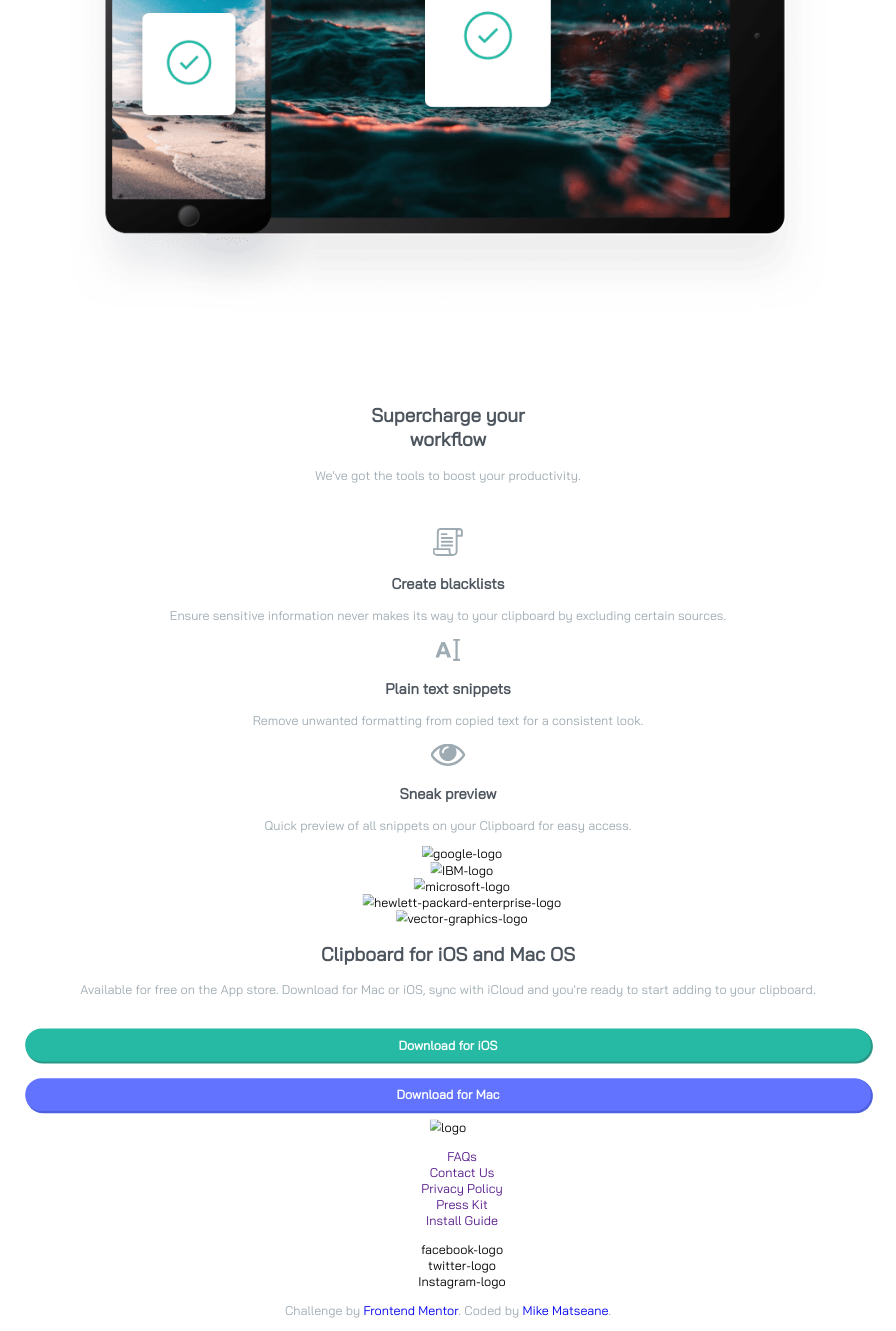
Repository: mikempho/Clipboard-landing-page
Page: index.html
An editor plug-in stored every save of this project. The page is shown before and after the next save, followed by the edit.
The browser window is 1280 px wide. The pictures show the part of the page from y = 2695 to 4615 px (the page is 4597 px tall before and 4615 px after), at 70% of full size.

Above is the page before, as saved 2022-04-11 11:42:04.

### index.html
<!DOCTYPE html>
<html lang="en">
  <head>
    <meta charset="UTF-8">
    <meta name="viewport" content="width=device-width, initial-scale=1.0"> <!-- displays site properly based on user's device -->

    <link rel="icon" type="image/png" sizes="32x32" href="./images/favicon-32x32.png">
    <link rel="stylesheet" href="/css/style.css">

    <title>Frontend Mentor | Clipboard landing page</title>

  </head>
  <body>
    <header class="header">
      <img class="logo" src="/images/logo.svg" alt="">
    </header>
    <main>
      <section class="hero">
        <h1>A history of <br> everything you copy</h1>
        <p>Clipboard allows you to track and organize everything you copy, instantly access your clipboard on all your devices.</p>
        <div class="buttons">
          <a class="iOS-btn" href="#">Download for iOS</a>
          <a class="mac-btn" href="#">Download for Mac</a>
        </div>
      </section>
      <section class="section-1">
        <h2>Keep track of your <br> snippets</h2>
        <p>Clipboard instantly stores any item you copy in the cloud, meaning you can access your snippets immediately on all your devices. Our Mac and IOS apps will help you organize everything.</p>
        <div class="features">
          <img class="feature-img" src="/images/image-computer.png" alt="desktop-screen">
          <ul class="list-of-features">
            <li>
              <h3>Quick Search</h3>
              <p>Easily search your snippets by content, category, web address, application, and more.</p>
            </li>
            <li>
              <h3>iCloud Sync</h3>
              <p>Instantly saves and syncs snippets across all your devices</p>
            </li>
            <li>
              <h3>Complete History</h3>
              <p>Retrieve any snippets from the first moment you started using the app.</p>
            </li>
          </ul>
        </div>
      </section>
      <section class="section-2">
        <h2>Access Clipboard <br>Anywhere</h2>
        <p>whether you're on the go, or at your computer, you can access all your Clipboard snippets in a few simple clicks.</p>
        <img class="mobile-tablet-screen" src="/images/image-devices.png" alt="mobile-tablet-screen">
      </section>
      <section class="section-3">
        <h2>Supercharge your <br> workflow</h2>
        <p>We've got the tools to boost your productivity.</p>
        <div>
          <ul class="list-of-features">
            <li>
              <img class="feature-icons" src="/images/icon-blacklist.svg" alt="paper-img">
              <h3>Create blacklists</h3>
              <p>Ensure sensitive information never makes its way to your clipboard by excluding certain sources.</p>
            </li>
            <li>
              <img class="feature-icons" src="/images/icon-text.svg" alt="AI-logo-img">
              <h3>Plain text snippets</h3>
              <p>Remove unwanted formatting from copied text for a consistent look.</p>
            </li>
            <li>
              <img class="feature-icons" src="/images/icon-preview.svg" alt="eye-img">
              <h3>Sneak preview</h3>
              <p>Quick preview of all snippets on your Clipboard for easy access.</p>
            </li>
          </ul>
        </div>
      </section>
      <section class="section-4">
        <ul class="company-logos">
          <li><img src="" alt="google-logo"></li>
          <li><img src="" alt="IBM-logo"></li>
          <li><img src="" alt="microsoft-logo"></li>
          <li><img src="" alt="hewlett-packard-enterprise-logo"></li>
          <li><img src="" alt="vector-graphics-logo"></li>
        </ul>
      </section>
      <section class="section-5">
        <h2>Clipboard for iOS and Mac OS</h2>
        <p>Available for free on the App store. Download for Mac or iOS, sync with iCloud and you're ready to start adding to your clipboard.</p>
        <div class="buttons">
          <a class="iOS-btn" href="">Download for iOS</a>
          <a class="mac-btn" href="">Download for Mac</a>
        </div>
      </section>
    </main>

    <footer>
      <div class="footer">
        <img src="" alt="logo">
        <ul class="footer-menu">
          <li><a href="">FAQs</a></li>
          <li><a href="">Contact Us</a></li>
          <li><a href="">Privacy Policy</a></li>
          <li><a href="">Press Kit</a></li>
          <li><a href="">Install Guide</a></li>
        </ul>
        <ul class="social-links">
          <li><a href=""></a>facebook-logo</li>
          <li><a href=""></a>twitter-logo</li>
          <li><a href=""></a>Instagram-logo</li>
        </ul>
      </div>
      <p class="attribution">
        Challenge by <a href="https://www.frontendmentor.io?ref=challenge" target="_blank">Frontend Mentor</a>.
        Coded by <a href="#">Mike Matseane</a>.
      </p>
    </footer>
  </body>
</html>

### css/style.css
/* Universal styling */
body {
    margin: 0;
    padding: 0;
    text-align: center;
    Font-size: 18px;
    font-family: Bai-Jamjuree;
}

* {
    list-style: none;
    text-decoration: none;
}

:root {
    /* Primary colors */
    --Strong-Cyan: hsl(171, 66%, 44%);
    --Light-Blue: hsl(233, 100%, 69%);
    /* Neutral colors */
    --Dark-Grayish-Blue: hsl(210, 10%, 33%);
    --Grayish-Blue: hsl(201, 11%, 66%);
    /* Spacing */
    --container-padding: 4%;
}

@font-face {
    font-family: Bai-Jamjuree;
    src: url(/Assets/Fonts/Bai_Jamjuree/BaiJamjuree-Regular.ttf);
}

h1, h2, h3{
    color: var(--Dark-Grayish-Blue);
}

p {
    color: var(--Grayish-Blue);
}

/* header section */

.header {
    background-image: url(/images/bg-header-mobile.png);
    background-repeat: no-repeat;
    background-size: cover;
}

.logo {
    margin: 8rem 0 5rem 0;
}

/* hero section */
.hero {
    padding-left: var(--container-padding);
    padding-right: var(--container-padding);
    margin-bottom: 8rem;
}

.buttons{
    margin-top: 2rem;
}
.buttons a {
    display: inline-block;
    padding: 12px 15px;
    width: 92%;
    margin: 12px 0;
    color: white;
    border-radius: 50px;
    font-weight: 600;
}

.iOS-btn {
    background-color: var(--Strong-Cyan);
    box-shadow: 2px 2px 0px 1px rgba(17, 140, 122, 0.9);

}

.mac-btn {
    background-color: var(--Light-Blue);
    box-shadow: 2px 2px 0px 1px rgba(37, 58, 216, 0.81);

}

/* Section-1 */

.section-1 {
    padding-left: var(--container-padding);
    padding-right: var(--container-padding);
    margin-bottom: 8rem;
}

.feature-img, .mobile-tablet-screen {
    margin-top: 60px;
    width: 92%;
}

.list-of-features {
    margin-top: 60px;
    padding: 0% 2%;
}

/* Section-2 */

.section-2 {
    padding-left: var(--container-padding);
    padding-right: var(--container-padding);
    margin-bottom: 8rem;
}

.feature-icons {
    margin-top: 4px;
}

After the next save:
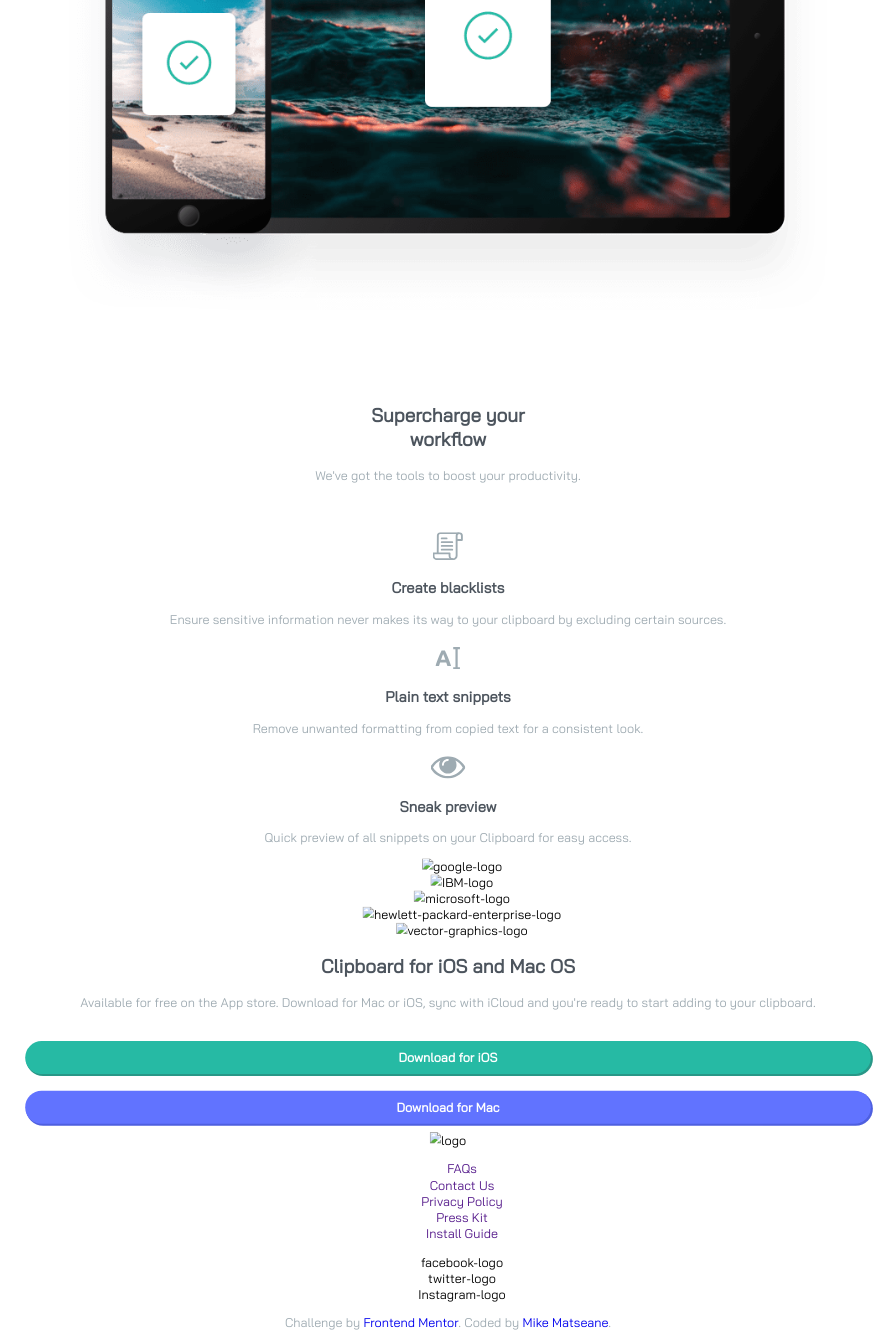
Saved 7 s later.
--- a/css/style.css
+++ b/css/style.css
@@ -107,5 +107,5 @@
 }
 
 .feature-icons {
-    margin-top: 4px;
+    margin-top: 10px;
 }
